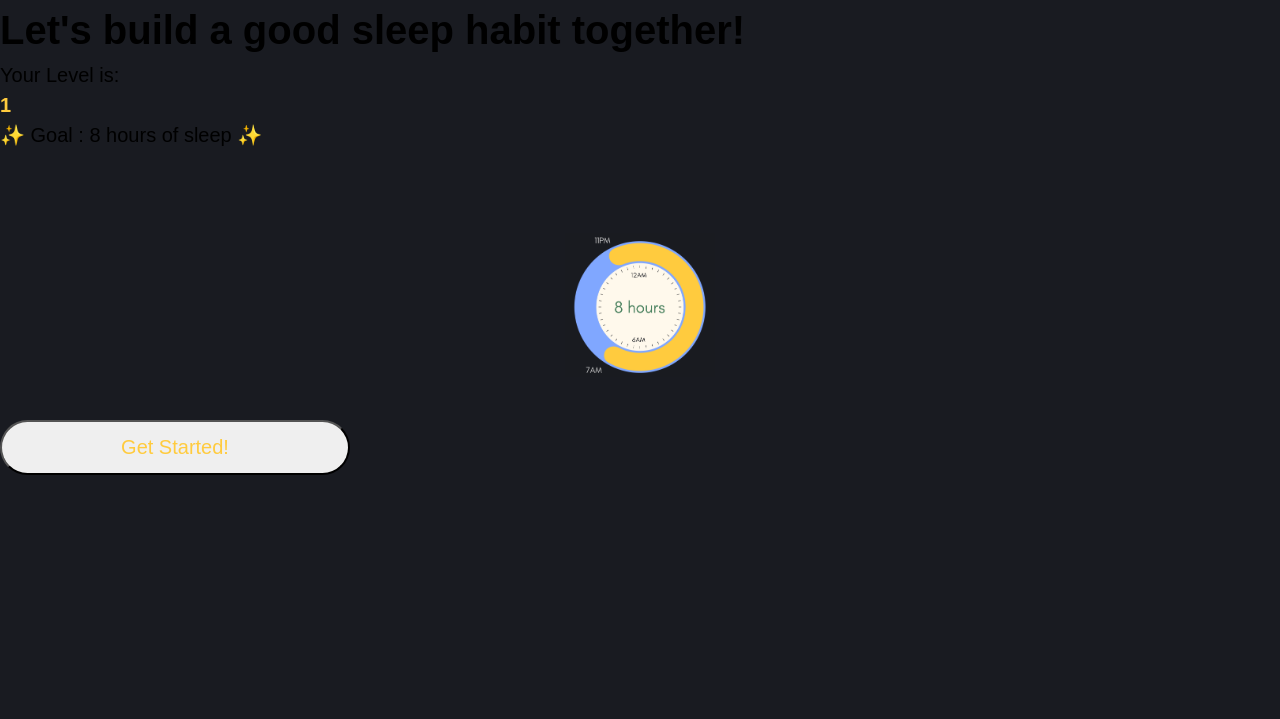
Repository: Crite-Spranberries/sleepixie_app
Page: /result
The author's editor kept a copy of each file at every save. The page is drawn from the files as they stood at one save, then again after the next save.
The browser window is 1280 px wide. The pictures show the whole page.
Some web fonts or font styles are not loaded; a fallback is used. The project was rebuilt for these pictures with package versions that can differ from the ones it lists, and the page was loaded fresh each time. The framework's server and built-in components were replaced by stand-ins that run in the browser. Also part of the build but not shown: next.config.mjs.

Above is the page before, as saved 2025-05-12 12:35:06.

After the next save:
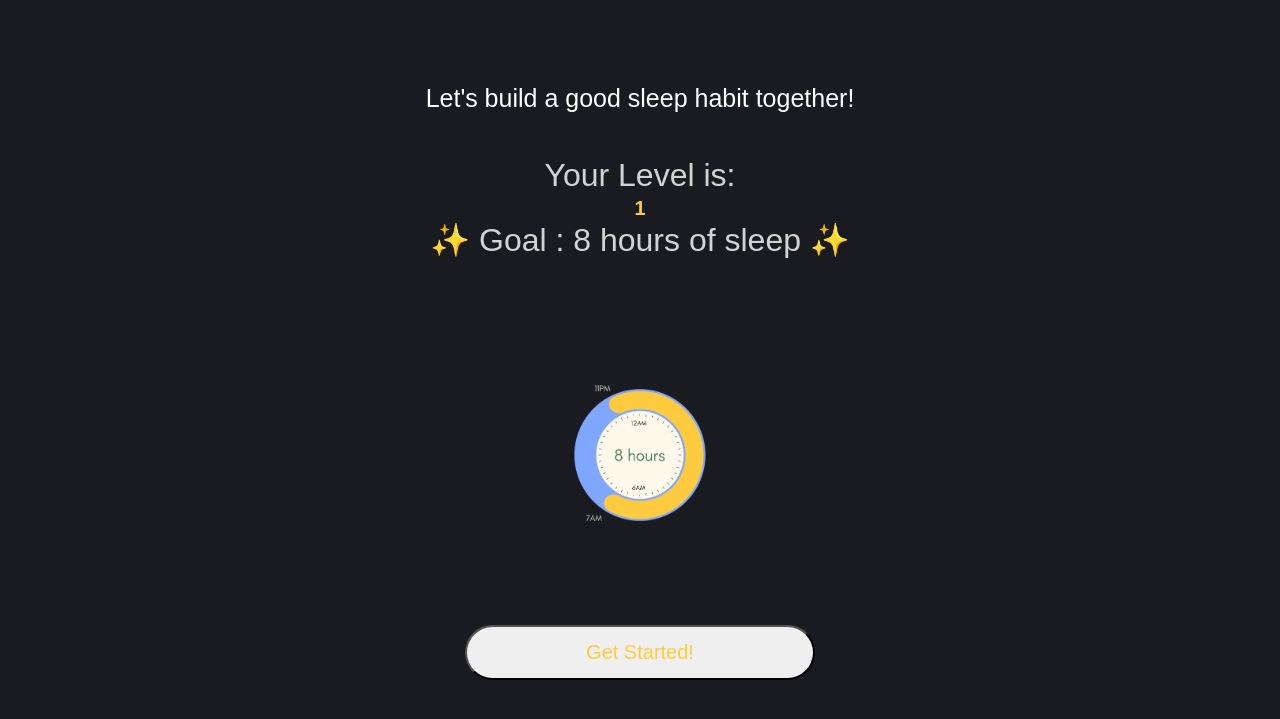
Saved 30 s later.
--- a/app/result/page.module.css
+++ b/app/result/page.module.css
@@ -21,3 +21,55 @@
     color: #ffcb3e;
     font-weight: bold;
 }
+
+.container {
+    display: flex;
+    flex-direction: column;
+    align-items: center;
+    min-height: 100vh;
+    padding: 2rem;
+}
+
+.textContainer {
+    text-align: center;
+    margin: 2rem 0;
+}
+
+.title {
+    font-size: 25px;
+    font-weight: 300;
+    margin-bottom: 2rem;
+    color: #fff;
+}
+
+.subtitle {
+    font-size: 32px;
+    color: #d3d3d3;
+    line-height: 1.1;
+}
+
+.subtitle2 {
+    font-size: 28px;
+    color: #d3d3d3;
+    line-height: 1.2;
+}
+
+.buttonContainer {
+    display: flex;
+    flex-direction: column;
+    gap: 0.5rem;
+    margin-top: auto;
+}
+
+.blueButtons {
+    display: flex;
+    flex-direction: column;
+    gap: 0.5rem;
+}
+
+.otherButtons {
+    display: flex;
+    flex-direction: column;
+    gap: 0.5rem;
+    margin-top: 2rem;
+}
